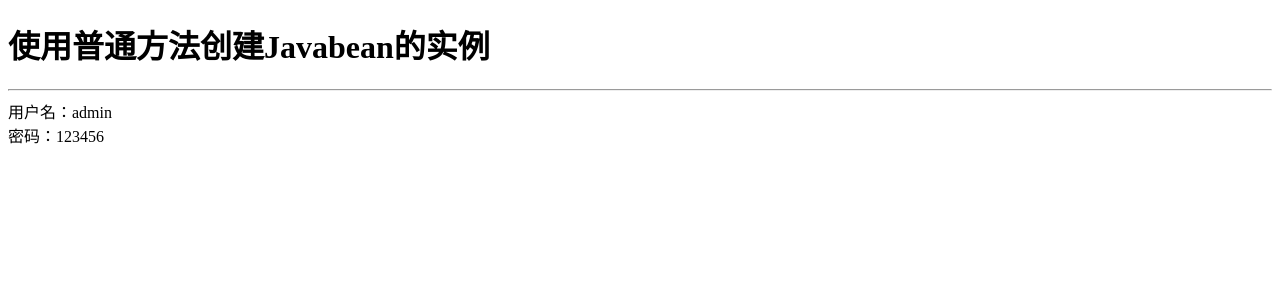
Repository: chengshide/Servlet
Page: http://localhost/JavabeansDemo1/userBean.jsp
The author's editor kept a copy of each file at every save. The page is drawn from the files as they stood at one save, then again after the next save.
The browser window is 1280 px wide. The pictures show the whole page.
The page is served by Tomcat 9.

Above is the page before, as saved 2020-05-13 21:36:07.

After the next save:
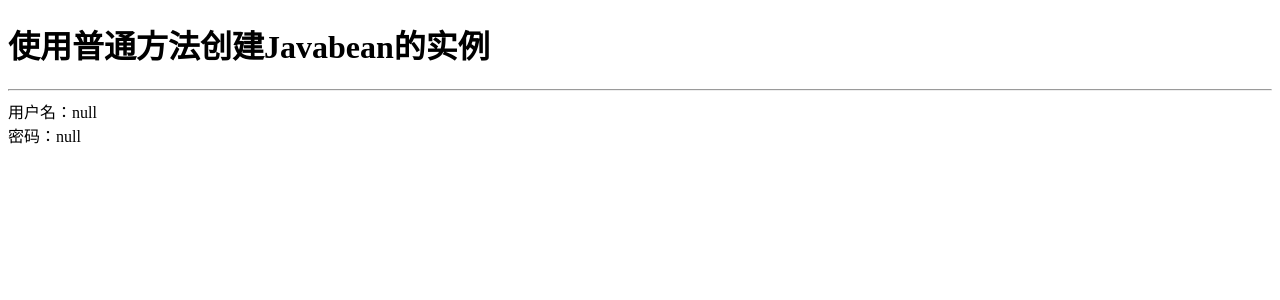
Saved 7 min 35 s later.
--- a/eclipseworlk/JavabeansDemo1/WebContent/userBean.jsp
+++ b/eclipseworlk/JavabeansDemo1/WebContent/userBean.jsp
@@ -1,6 +1,5 @@
 <%@ page language="java" contentType="text/html; charset=utf-8"
     pageEncoding="utf-8"%>
-<%@ page import="com.po.User" %>
 <!DOCTYPE html>
 <html>
 <head>
@@ -8,14 +7,10 @@
 <title>Insert title here</title>
 </head>
 <body>
-   <%
-      User user=new User();
-      user.setUsername("admin");
-      user.setPassword("123456");
-   %>
+   <jsp:useBean id="myUser" class="com.po.User" scope="page" />
    <h1>使用普通方法创建Javabean的实例</h1>
    <hr>
-   用户名：<%=user.getUsername() %><br>
-   密码：<%=user.getPassword() %><br>
+   用户名：<%=myUser.getUsername() %><br>
+   密码：<%=myUser.getPassword() %><br>
 </body>
 </html>
